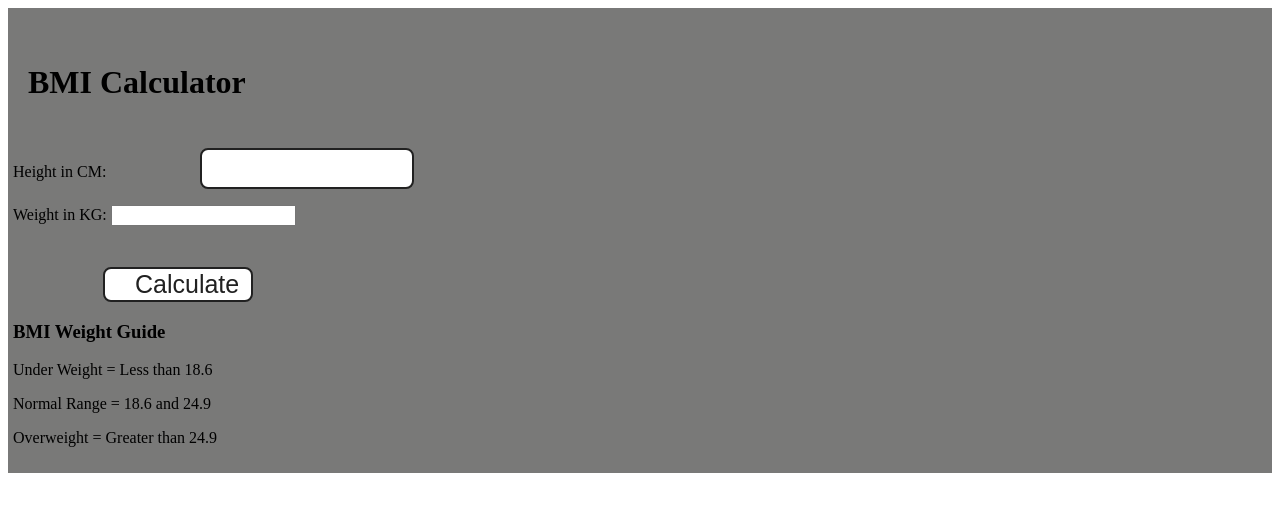
Repository: VishwaGoswami1407/JavaScript-Practice
Page: 07_projects/project2.html
These files come from the project's save history. The page is drawn as it stood at one moment and after the next save; the edit follows.
The browser window is 1280 px wide. The pictures show the whole page.

Above is the page before, as saved 2024-07-07 18:49:23.

After the next save:
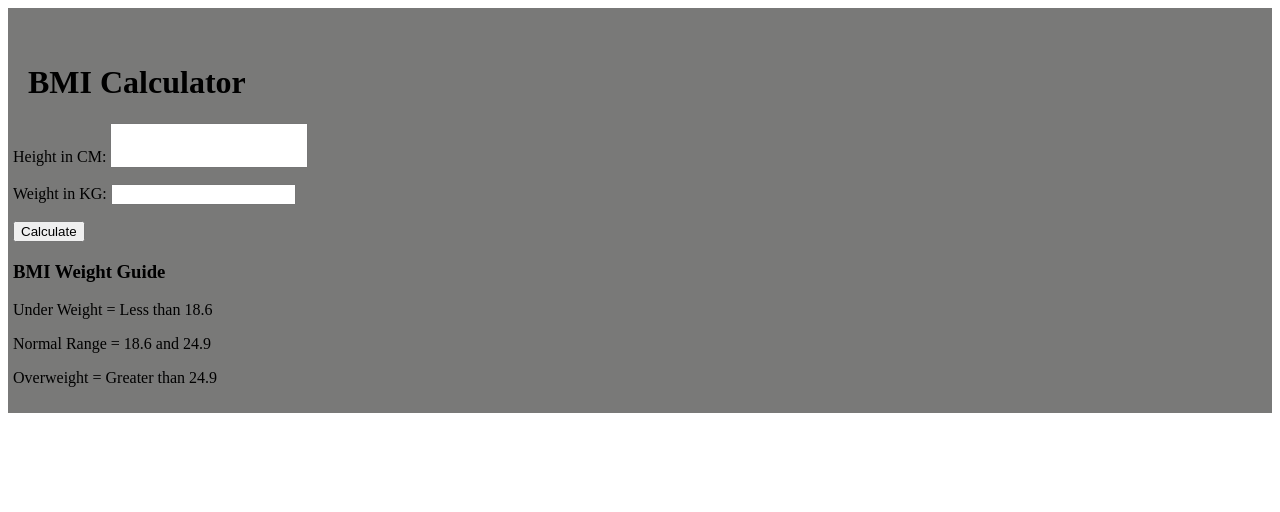
Saved 10 s later.
--- a/07_projects/style2.css
+++ b/07_projects/style2.css
@@ -22,7 +22,7 @@
     margin-top: 20px;
     color: rgb(241, 241, 241);
   } */
-
+/*
   button {
     width: 150px;
     height: 35px;
@@ -37,7 +37,7 @@
 
     font-size: 25px;
   }
-
+   */
   h1 {
     padding-left: 15px;
     padding-top: 25px;
